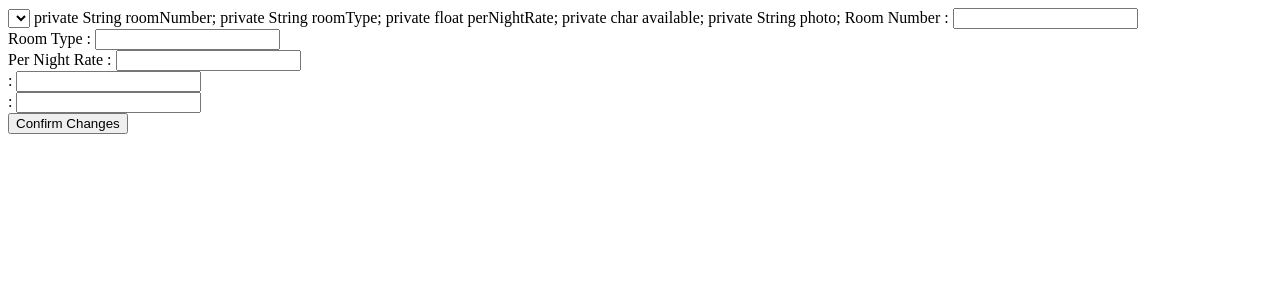
Repository: dishangjain/SpringProject
Page: http://localhost/HotelBookingManagementSystem/JSPs/AddNewRoom.jsp
These files come from the project's save history. The page is drawn as it stood at one moment and after the next save; the edit follows.
The browser window is 1280 px wide. The pictures show the whole page.
The page is served by Tomcat 9. Nobody is signed in. The application's start-up code is not run. The template is opened directly, without the code that normally fills it, so the values that code supplies are empty.

Above is the page before, as saved 2017-10-14 11:12:54.

After the next save:
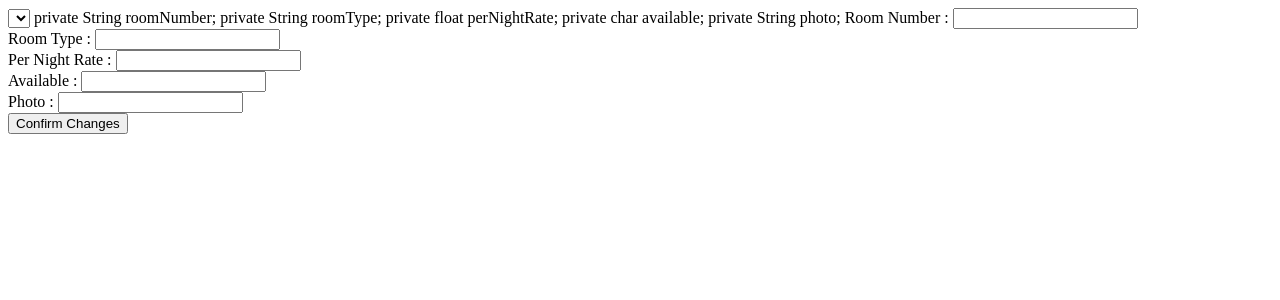
Saved 35 s later.
--- a/HotelBookingManagementSystem/WebContent/JSPs/AddNewRoom.jsp
+++ b/HotelBookingManagementSystem/WebContent/JSPs/AddNewRoom.jsp
@@ -34,11 +34,11 @@
 		  	<label for="perNightRate">Per Night Rate :</label>
 		  		<form:input path="perNightRate" id="perNightRate" type="text"/><br/>
 
-		  	<label for=""> :</label>
-		  		<form:input path="" id="" type="text"/><br/>
+		  	<label for="available">Available :</label>
+		  		<form:input path="available" id="available" type="text"/><br/>
 
-		  	<label for=""> :</label>
-		  		<form:input path="" id="" type="text"/><br/>
+		  	<label for="photo">Photo :</label>
+		  		<form:input path="photo" id="photo" type="text"/><br/>
 
 
 			<input type="submit" value="Confirm Changes"/>
